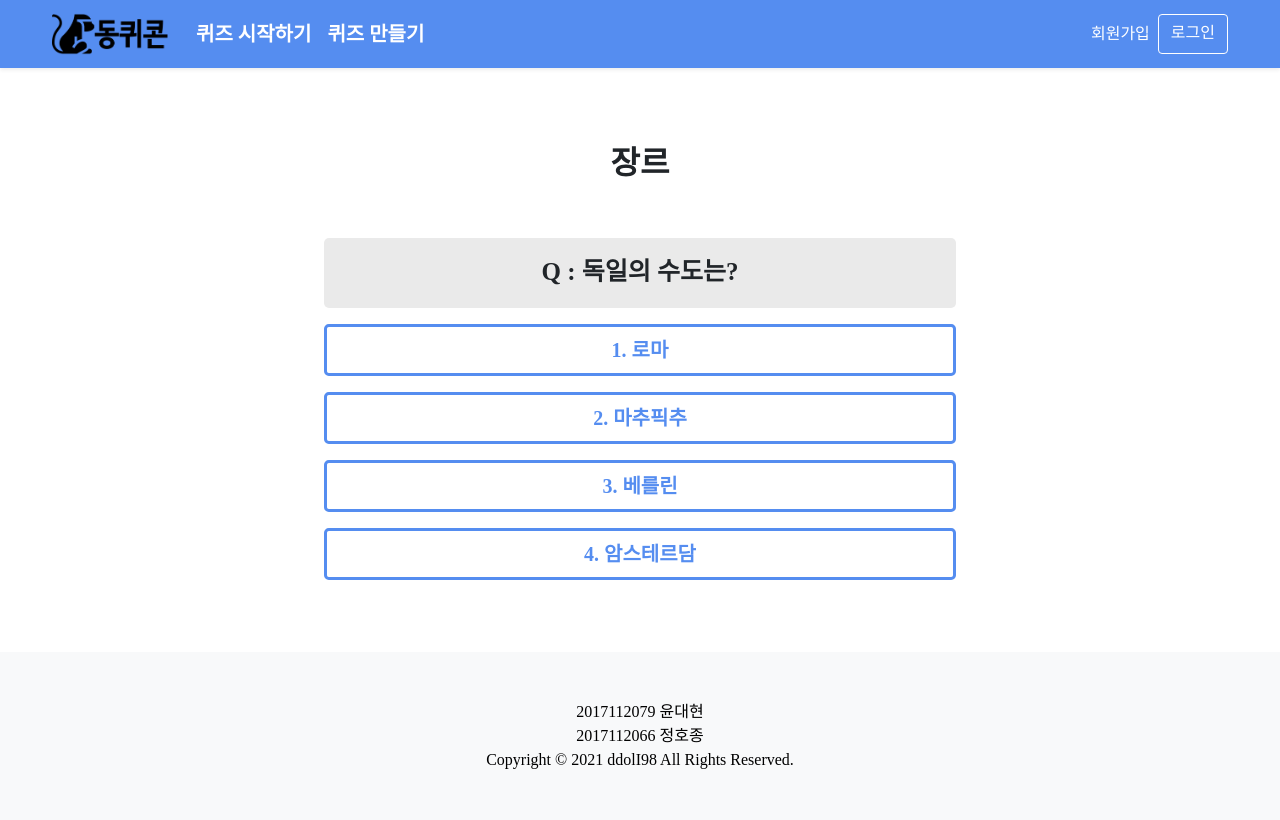
Repository: eogus0512/Quiz_WebProject
Page: http://localhost/Quiz_WebProject/solveQuiz.jsp
The author's editor kept a copy of each file at every save. The page is drawn from the files as they stood at one save, then again after the next save.
The browser window is 1280 px wide. The pictures show the whole page.
Some web fonts or font styles are not loaded; a fallback is used. The page is served by Tomcat 9.

Above is the page before, as saved 2021-10-28 14:32:39.

After the next save:
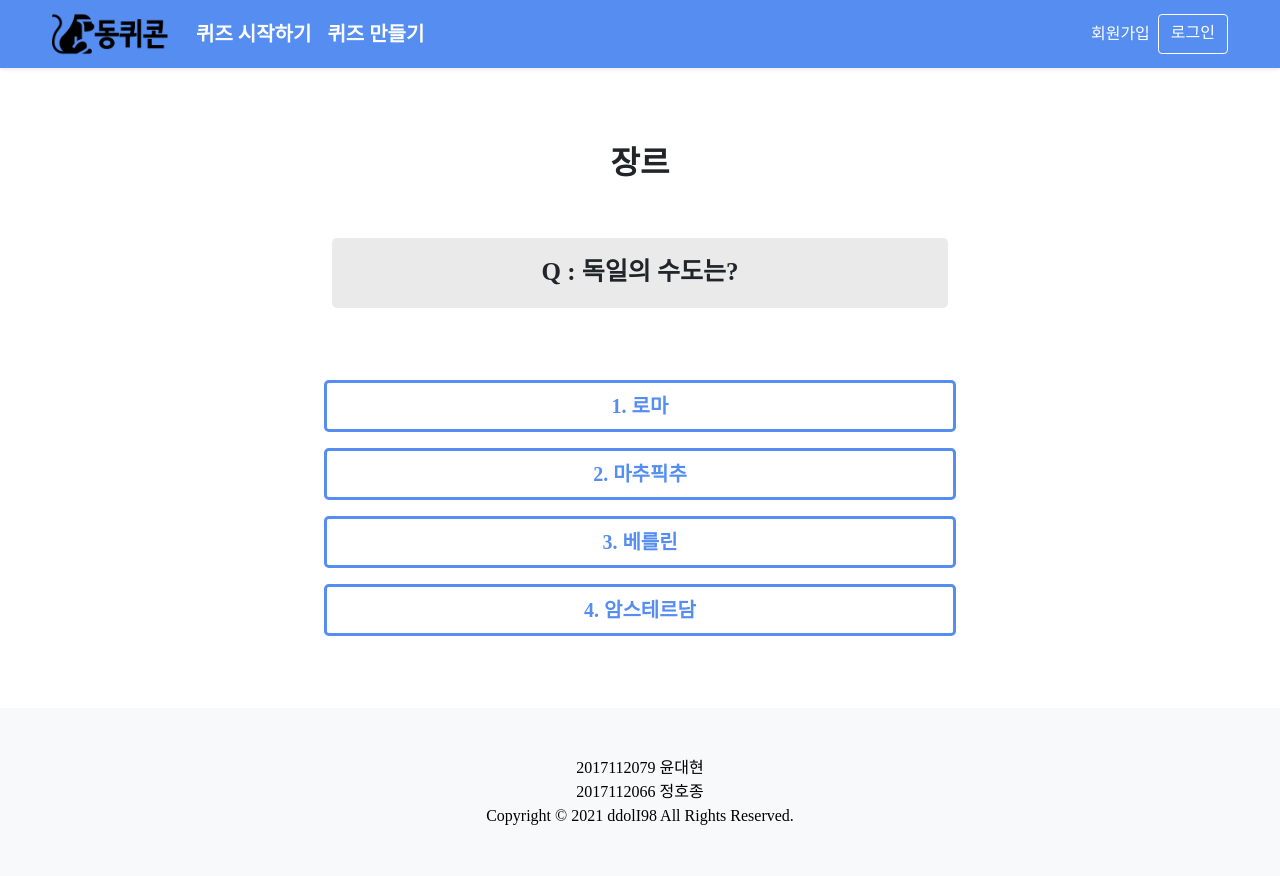
Saved 49 s later.
--- a/Quiz_WebProject/WebContent/solveQuiz.jsp
+++ b/Quiz_WebProject/WebContent/solveQuiz.jsp
@@ -66,11 +66,11 @@
     <h2><b>장르</b></h2>
 </div>
 <div class="container col-md-6">
+			<div class="col-12" style="height:70px; padding:15px; background-color: #EAEAEA; text-align:center; font-size:25px; font-weight:bold; border-radius:5px">
+                <label class="form-label">Q : 독일의 수도는?</label>
+            </div><br><br><br>
     <form method="post" action="action/signUpAction.jsp">
         <div class="row g-3">
-        	<div class="col-12" style="height:70px; padding:15px; background-color: #EAEAEA; text-align:center; font-size:25px; font-weight:bold; border-radius:5px">
-                <label class="form-label">Q : 독일의 수도는?</label>
-            </div><br><br><br>
             <button class="w-100 btn-lg" style="background-color: white; color:#558DF0; border:3px solid #558DF0"><b>1. 로마</b></button>
             <button class="w-100 btn-lg" style="background-color: white; color:#558DF0; border:3px solid #558DF0"><b>2. 마추픽추</b></button>
             <button class="w-100 btn-lg" style="background-color: white; color:#558DF0; border:3px solid #558DF0"><b>3. 베를린</b></button>
